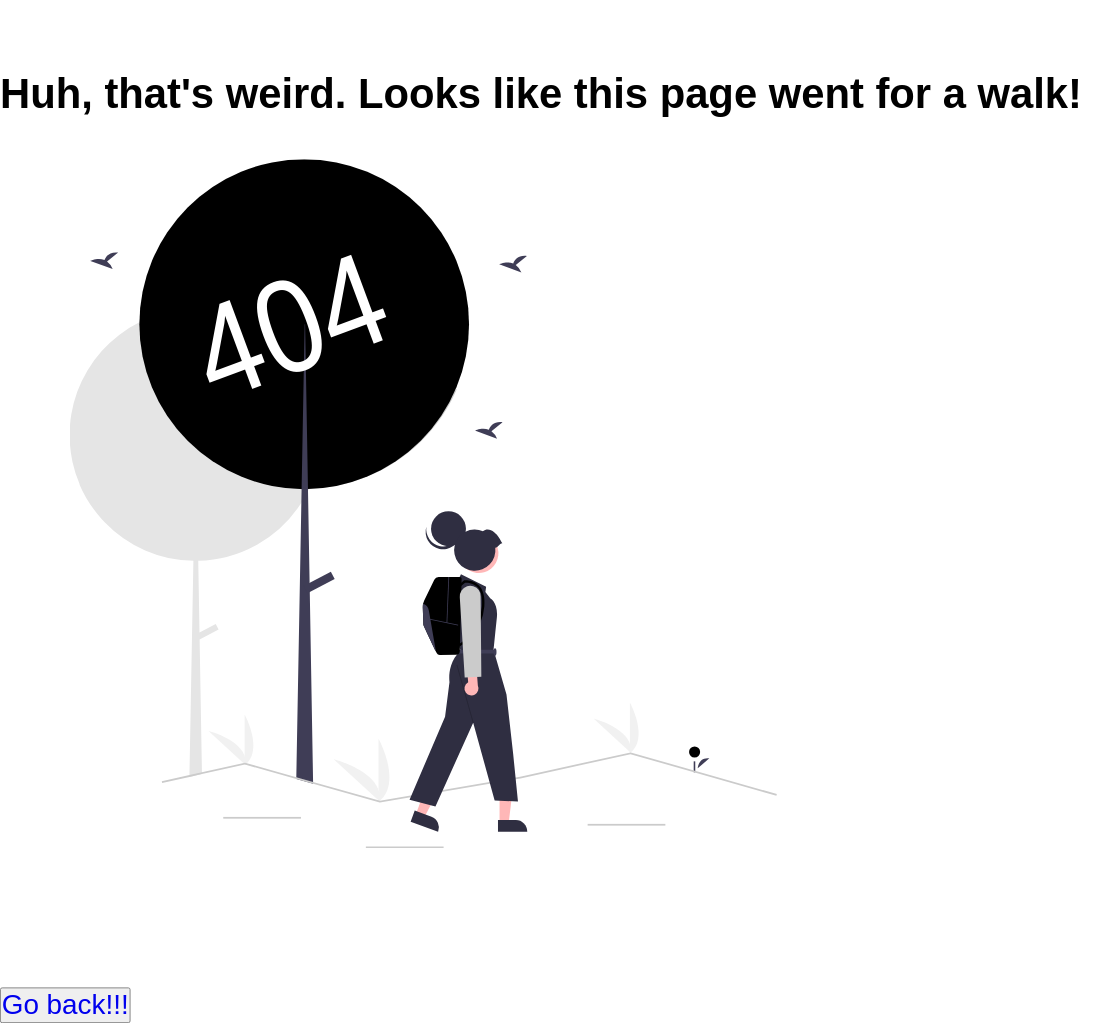
Repository: TeeJaysDev/Portfolio
Page: 404.html
The author's editor kept a copy of each file at every save. The page is drawn from the files as they stood at one save, then again after a run of saves.
The browser window is 1280 px wide. The pictures show the whole page, at 87% of full size.

Above is the page before, as saved 2021-06-11 23:16:16.

### 404.html
<!DOCTYPE html>
<html lang="en">
<head>
    <meta charset="UTF-8">
    <meta http-equiv="X-UA-Compatible" content="IE=edge">
    <meta name="viewport" content="width=device-width, initial-scale=1.0">
    <script type="text/javascript" src="script.js"></script>
    <link rel="stylesheet" href="404.css">
    <link rel="preconnect" href="https://fonts.gstatic.com">
    <link href="https://fonts.googleapis.com/css2?family=Raleway&display=swap" rel="stylesheet">
    <title>Tymon Jędryczka | Portfolio</title>
</head>
<body>
    <section class="error">
        <h1>
            Huh, that's weird. Looks like this page went for a walk!
        </h1>
        <div class="mainError">
            <img src="Images/svg/hiking.svg">
        </div>
        <button>
            <a href="index.html">Go back!!!</a>
        </button>
    </section>
</body>
</html>

### 404.css
* {
    margin: 0;
    padding: 0;
    box-sizing: border-box;
    font-family: sans-serif;
    text-decoration: none;
    list-style: none;
}

.error h1 {
    font-family: Arial, Helvetica, sans-serif;
    font-weight: 700;
    font-size: 3rem;
    margin-top: 5rem;
}

.error button a {
    text-decoration: none;
    text-align: center;
    font-size: 2rem;
}

.error .mainError {
    display: flex;
    text-align: center;
    margin-left: 40rem;
    margin-right: auto;
}

.error img {
    margin-left: -35rem;
    margin-top: 3rem;
}

.error button {
    margin-top: 10rem;
    overflow-y: hidden;
}

Loaded but not shown: script.js (no stored copy; drawn as an empty file)

After the next 3 saves:
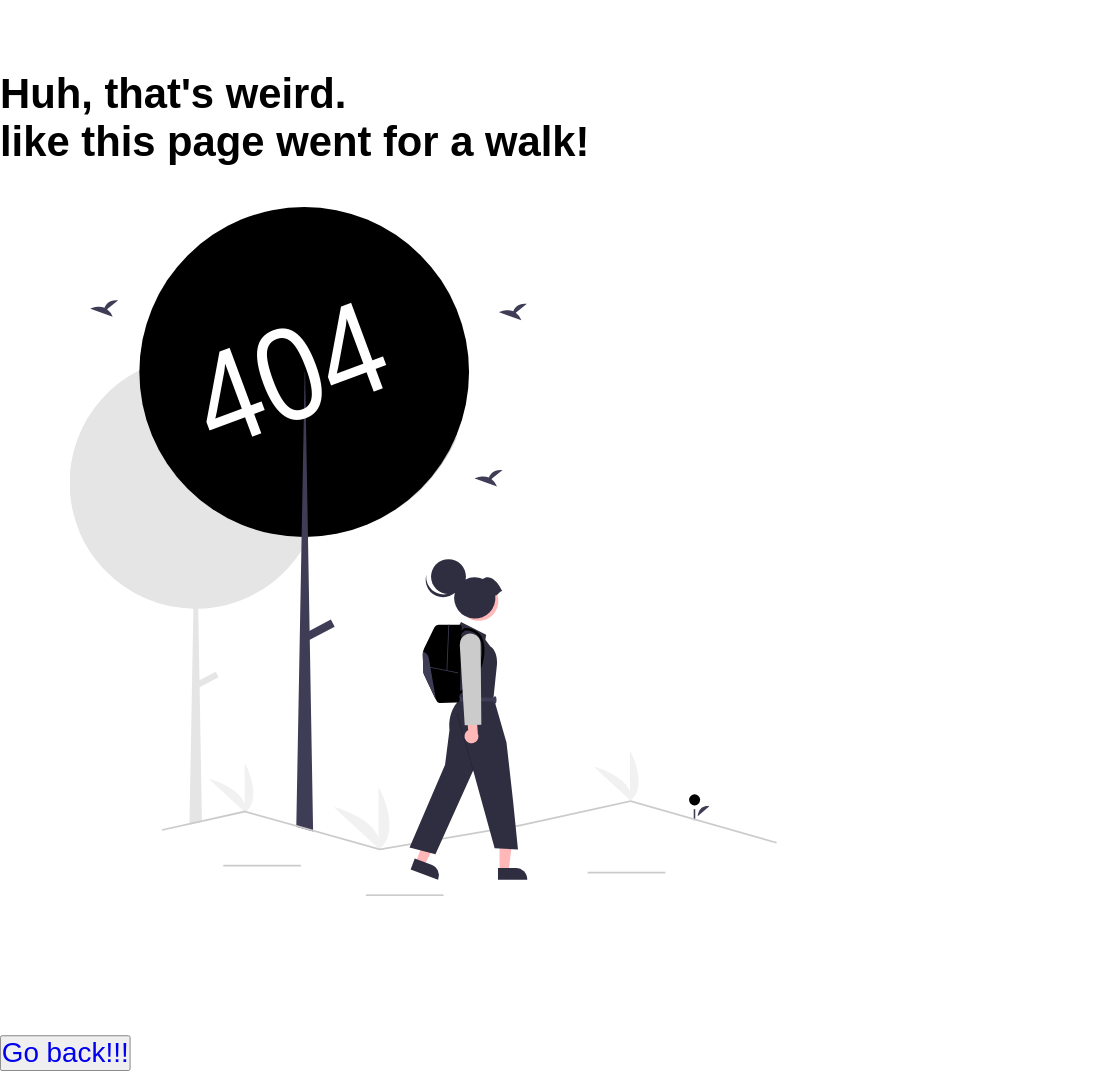
The 3 saves are shown as one change because they came seconds apart.
The last was saved 20 s later.
--- a/404.html
+++ b/404.html
@@ -13,7 +13,7 @@
 <body>
     <section class="error">
         <h1>
-            Huh, that's weird. Looks like this page went for a walk!
+            Huh, that's weird. <br> like this page went for a walk!
         </h1>
         <div class="mainError">
             <img src="Images/svg/hiking.svg">
